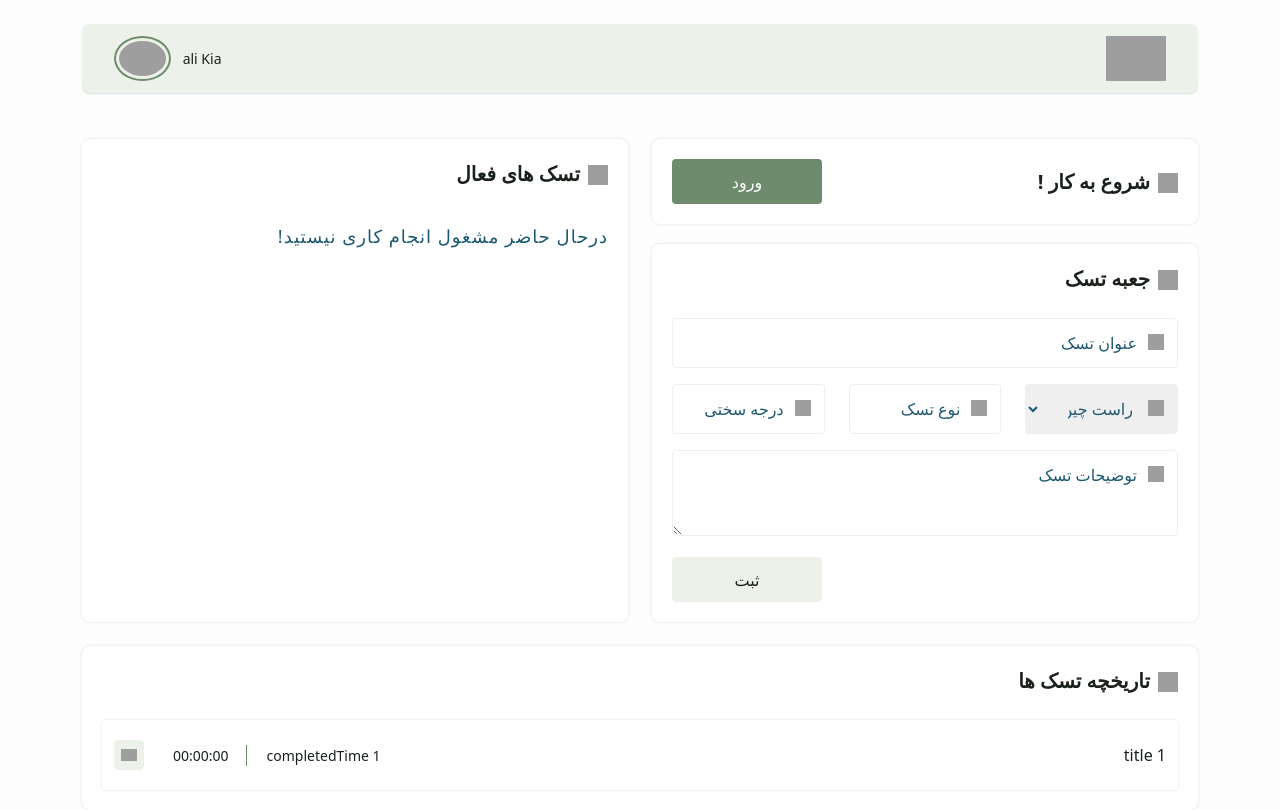
Repository: alirezvanikia/dynamic-form
Page: /
These files come from the project's save history. The page is drawn as it stood at one moment and after a run of saves; the edit follows.
The browser window is 1280 px wide. The pictures show the whole page.
Pictures or frames that could not be fetched are drawn as grey boxes. The project was rebuilt for these pictures with package versions that can differ from the ones it lists, and the page was loaded fresh each time. Also part of the build but not shown: vite.config.js, src/components/taskModal.vue.

Above is the page before, as saved 2024-11-09 21:41:50.

After the next 2 saves:
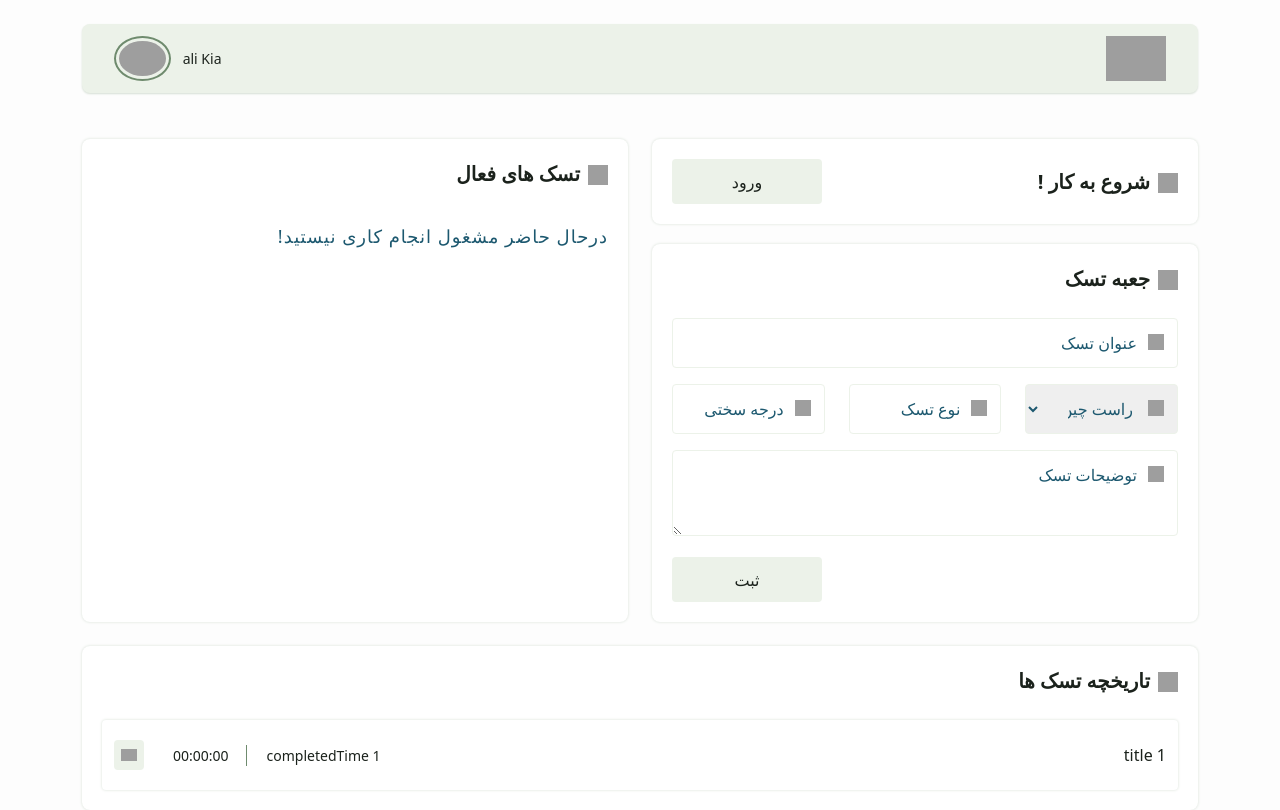
The 2 saves are shown as one change because they came seconds apart.
The last was saved 20 s later.
--- a/src/App.vue
+++ b/src/App.vue
@@ -24,7 +24,7 @@
               </div>
             </div>
             <div class="task-manager-box__attendance-btn">
-              <button @click="addTask" class="btn btn--dark me-auto">ورود</button>
+              <button @click="addTask" class="btn btn--green me-auto">ورود</button>
             </div>
           </div>
           <div class="task-manager-box">
